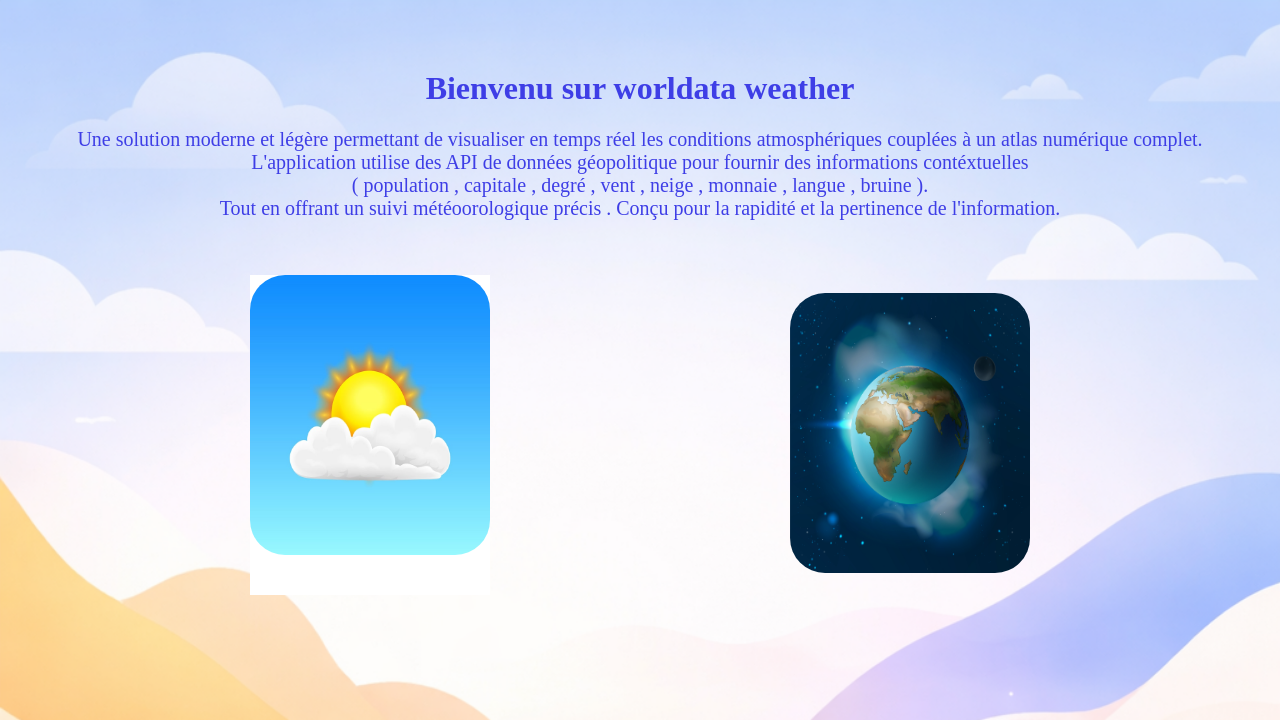
Repository: assanendao171/meteo
Page: index.html
These files come from the project's save history. The page is drawn as it stood at one moment and after the next save; the edit follows.
The browser window is 1280 px wide. The pictures show the whole page.

Above is the page before, as saved 2026-03-18 17:06:50.

### index.html
<!DOCTYPE html>
<html lang="en">
<head>
    <meta charset="UTF-8">
    <meta name="viewport" content="width=device-width, initial-scale=1.0">
    <title>Document</title>
    <link rel="stylesheet" href="style.css">
</head>
<body>
    <h1>Bienvenu sur worldata weather</h1>
    <p>Une solution moderne et légère permettant de visualiser en temps réel les conditions atmosphériques couplées à un atlas numérique
        complet. <br> L'application utilise des API de données géopolitique pour fournir des informations contéxtuelles <br>
        ( population , capitale , degré , vent , neige , monnaie , langue , bruine ). <br>
        Tout en offrant un suivi météoorologique précis . Conçu pour la rapidité et la  pertinence de l'information.
    </p>
    <div id="contain">
        <div id="img1">
            <img src="acceuil.jpg" alt="meteo">

        </div>
        <div id="ima2">
<img src="18966224.jpg" alt="la terre">

        </div>
    </div>
</body>
</html>

### style.css
body{
    background-image: url("fondacceuil.png");
    background-size: cover;
    background-repeat: no-repeat;
}
img{
    width: 240px;
    height: 280px;
    border-radius: 35px;
}
h1{
    text-align: center;
    color: rgb(62, 62, 230);
    font-size:2rem;
        margin-top: 70px;

}
#contain{
    display: flex;
    gap: 300px;
flex-direction: row;
justify-content: center;
align-items: center;
margin-top:55px
}
p{
        font-size: 20px;
    text-align: center;
    color: rgb(62, 62, 230);
}
#img1{
    width: 240px;
    height: 320px;
    background-color: white;
}

After the next save:
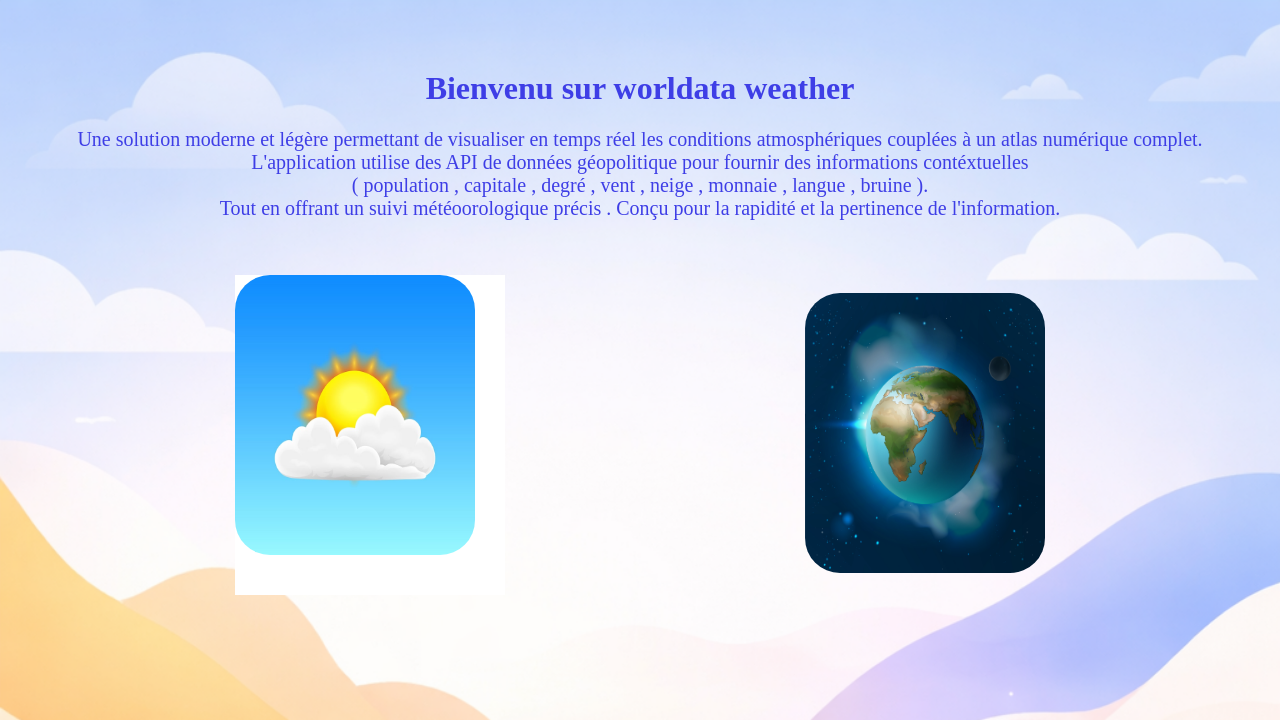
Saved 27 s later.
--- a/style.css
+++ b/style.css
@@ -29,7 +29,7 @@ p{
     color: rgb(62, 62, 230);
 }
 #img1{
-    width: 240px;
+    width: 270px;
     height: 320px;
     background-color: white;
 }
